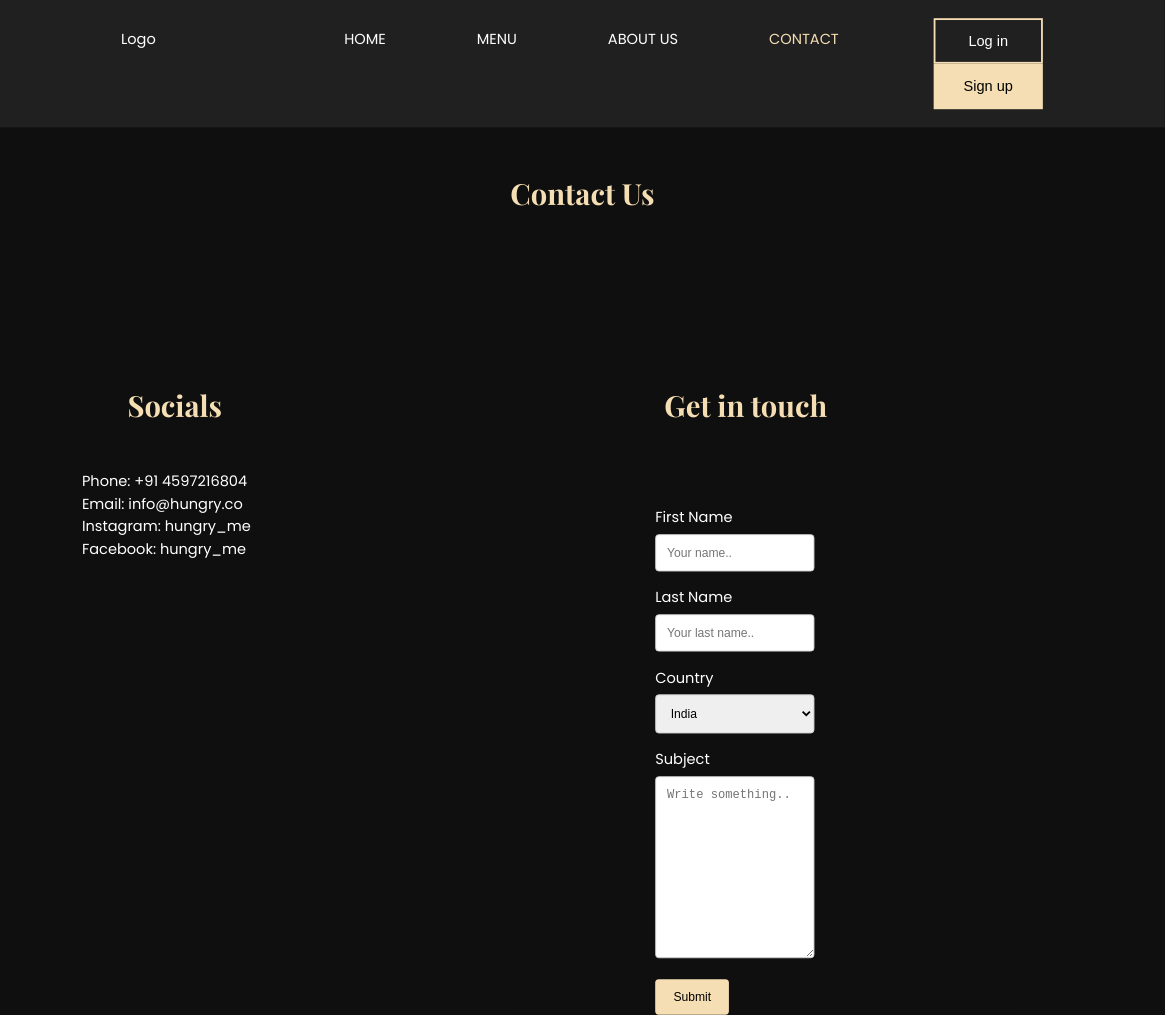
Repository: ThisIsSahaj/NSP
Page: contact.html
The author's editor kept a copy of each file at every save. The page is drawn from the files as they stood at one save, then again after the next save.
The browser window is 1280 px wide. The pictures show the whole page, at 91% of full size.
The pointer rests on the first visible `input[type=submit]`.

Above is the page before, as saved 2023-12-26 22:55:46.

### contact.html
<!DOCTYPE html>
<html lang="en">
<head>
    <meta charset="UTF-8">
    <meta http-equiv="X-UA-Compatible" content="IE=edge">
    <meta name="viewport" content="width=device-width, initial-scale=1.0">
    <title>Contact</title>
    <link rel="stylesheet" href="style.css">
</head>
<body>

    <header>

        <nav class="nav">
            <div class="logo">
                Logo
            </div>
            <div class="menu">
                <ul>
                   <a href="index.html" class="navAni"> <li>Home</li> </a>
                   <a href="index.html" class="navAni"> <li>Menu</li> </a>
                   <a href="about.html" class="navAni"> <li>About Us</li> </a>
                   <a href="" class="active navAni"> <li>Contact</li> </a>
            </ul>
        </div>
        <div class="button">
            <button class="login">Log in</button>
            <button class="signup">Sign up</button>
        </div>
    </nav>
</header>


<div class="about">
    <h1>Contact Us</h1>
    <div class="aboutBox">
       <div>
        <h1 style="color: wheat;">Socials</h1>
        <p>Phone: +91 4597216804</p>
        <p>Email: info@hungry.co</p>
        <p>Instagram: hungry_me</p>
        <p>Facebook: hungry_me</p>
    </div>


       <div>
        <h1 style="color: wheat;">Get in touch</h1>
        <div class="formContainer">
            <form >

              <label for="fname">First Name</label>
              <input type="text" id="fname" name="firstname" placeholder="Your name..">

              <label for="lname">Last Name</label>
              <input type="text" id="lname" name="lastname" placeholder="Your last name..">

              <label for="country">Country</label>
              <select id="country" name="country">
                <option value="australia">India</option>
                <option value="canada">Canada</option>
                <option value="usa">USA</option>
              </select>

              <label for="subject">Subject</label>
              <textarea id="subject" name="subject" placeholder="Write something.." style="height:200px"></textarea>

              <input type="submit" value="Submit">

            </form>
          </div>
       </div>
    </div>

</div>
</body>
</html>

### style.css
@import url('https://fonts.googleapis.com/css2?family=Poppins:wght@300;400;500;600;700&family=Roboto:wght@100;300;400;500;700;900&display=swap');

@import url('https://fonts.googleapis.com/css2?family=Playfair+Display:wght@400;500;600;700;800;900&family=Poppins:wght@300;400;500;600;700&family=Roboto:wght@100;300;400;500;700;900&display=swap');


*{
    margin: 0px;
    padding: 0px;
    box-sizing: border-box;

}

body{
    background-color: #0F0F0F;
    font-family: 'Poppins', sans-serif;
    /* color: rgb(224, 212, 212); */
    color: white;
}

header{
    margin-top: 0px;
    background-color: #202020;
    padding: 20px;
}
nav{
    display: flex;
    flex-direction: row;
    justify-content: space-around;
}

ul {
    display: flex;
    flex-direction: row;
    list-style: none;
    /* border: 2px solid green; */
}
a {
    color: #fff;
    text-transform: uppercase;
    text-decoration: none;
    /* letter-spacing: 0.15em;      */
    /* display: inline-block; */
    /* padding: 15px 20px; */
    position: relative;
    /* border: 2px solid red; */
}
.navAni:after {
    background: none repeat scroll 0 0 transparent;
    bottom: 0;
    content: "";
    display: block;
    height: 2px;
    left: 50%;
    position: absolute;
    background: #fff;
    transition: width 0.3s ease 0s, left 0.3s ease 0s;
    width: 0;
    margin-bottom: 10px;
}

.navAni:hover:after {
    width: 100%;
    left: 0;
    background-color:wheat;
}
.active{
    color: wheat;
}


.logo{
    width: 20%;
    margin: 10px;
    display: flex;
    justify-content: center;
    /* border: 2px solid hotpink; */

}
.menu ul li{
    margin: 10px 50px;

}

.menu{
    width: 60%;
    display: flex;
    justify-content: center;
    /* border: 2px solid blue; */

}
.button{
    width: 20%;
    /* border: 2px solid hotpink; */
}
button {
    height: 50px;
    width: 120px;
    margin: 0px 10px;
    /* border-radius: 50px; */
    background-color: wheat;
    font-size: 16px;
    cursor: pointer;
    border: none;
}

button:hover{
    background-color: transparent;
    color: white;
    border: 2px solid wheat;
}

.login{
border: 2px solid wheat;
background-color: transparent;
color: white;

}

.login:hover {
    background-color: wheat;
    color: black;
}

.viewMenu{
    margin: 50px;
    border: none;
    width: 160px;
    height: 60px;
}

.sec1{
    /* border: 2px solid red; */
    height: 870px;
    width: 100%;
    background-image: url("assets/images/hero-slider-1.jpg");

    display: flex;
    flex-direction: column;
    justify-content: center;
    align-items: center;
    font-size: 96px;
    font-family: "Playfair Display";
}


.sec2{
width: 100%;
height: 870px;
display: flex;
flex-direction: column;
/* justify-content: center; */
align-items: center;
}

.sec2 p{
    color: wheat;
    font-size: 18px;
    margin: 50px 0px;
}

.about{
    width: 100%;
    height: 50vw;
    display: flex;
    flex-direction: column;
    /* justify-content: center; */
    align-items: center;
    }

.about h1{
    font-family: "Playfair Display";
    margin: 50px;
    color: wheat;
    }

 .aboutBox{
    width: 100%;
    height: 20vw;

    display: flex;
    flex-direction: row;
    justify-content: center;
    padding: 50px;
 }

 .aboutBox div{
    width: 50%;
    padding: 40px;
    height: 60%;
 }


.cardContainer{
    width: 100%;
    height: 700px;
    display: flex;
    flex-direction: row;
    padding: 40px;
    justify-content: center;
}


 .card {
    box-shadow: 0 4px 8px 0 rgba(155, 155, 155, 0.2);
    transition: 0.3s;
    width: 20%;
    height: 70%;
    border-radius: 5px;
    margin: 0px 20px;
    cursor: pointer;
  }

  .card:hover {
    box-shadow: 0 8px 16px 0 rgba(155, 155, 155, 0.2);
  }

  img {
    border-radius: 5px 5px 0 0;
  }

  .container {
    padding: 2px 16px;
    text-align: center;
  }
  .container p{
    font-size: 24px;
  }





  input[type=text], select, textarea {
    width: 100%; /* Full width */
    padding: 12px; /* Some padding */
    border: 1px solid #ccc; /* Gray border */
    border-radius: 4px; /* Rounded borders */
    box-sizing: border-box; /* Make sure that padding and width stays in place */
    margin-top: 6px; /* Add a top margin */
    margin-bottom: 16px; /* Bottom margin */
    resize: vertical /* Allow the user to vertically resize the textarea (not horizontally) */
  }

  /* Style the submit button with a specific background color etc */
  input[type=submit] {
    background-color: wheat;
    color: black;
    padding: 12px 20px;
    border: none;
    border-radius: 4px;
    cursor: pointer;
  }

  /* When moving the mouse over the submit button, add a darker green color */
  input[type=submit]:hover {
    background-color: wheat;
  }

  /* Add a background color and some padding around the form */
  .container {
    border-radius: 5px;
    background-color: #f2f2f2;
    padding: 20px;
  }

After the next save:
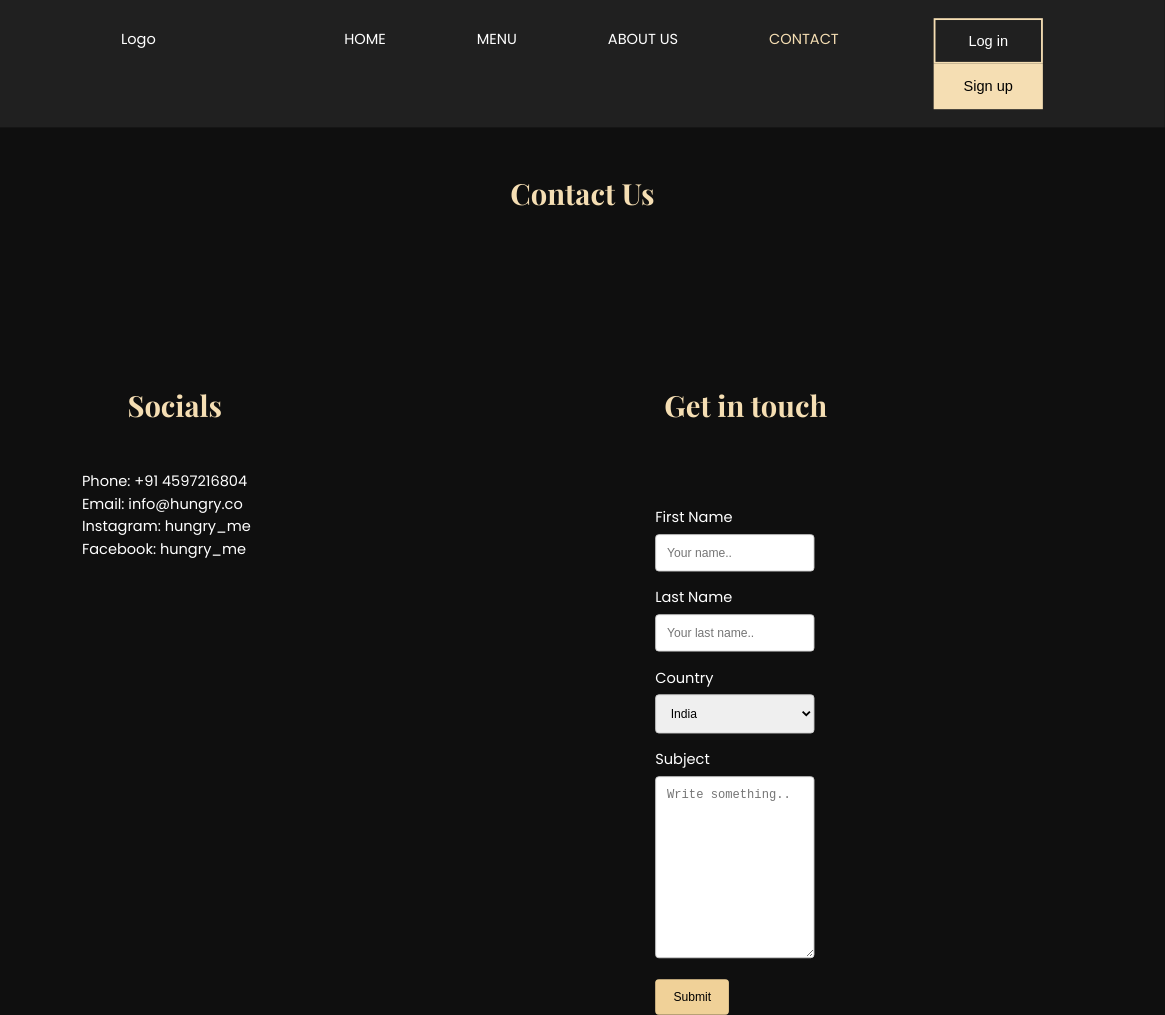
Saved 9 s later.
--- a/style.css
+++ b/style.css
@@ -253,7 +253,7 @@ align-items: center;
 
   /* When moving the mouse over the submit button, add a darker green color */
   input[type=submit]:hover {
-    background-color: wheat;
+    background-color: rgb(240, 209, 152);
   }
 
   /* Add a background color and some padding around the form */
